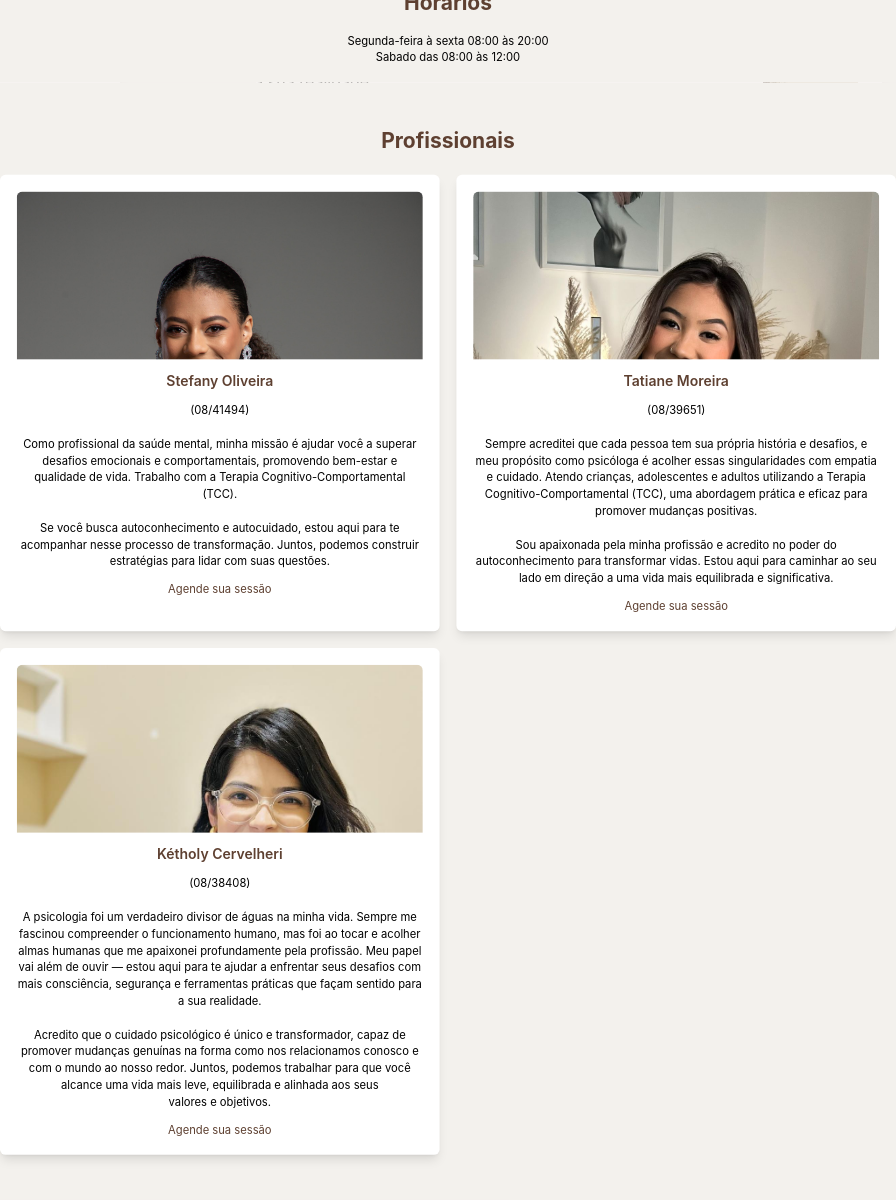
Repository: Mcervelheri/Nous
Page: /
These files come from the project's save history. The page is drawn as it stood at one moment and after the next save; the edit follows.
The browser window is 1280 px wide. The pictures show the part of the page from y = 1374 to 3294 px (the page is 3088 px tall before and 4752 px after), at 70% of full size.
The project was rebuilt for these pictures with package versions that can differ from the ones it lists, and the page was loaded fresh each time. Also part of the build but not shown: vite.config.js.

Above is the page before, as saved 2025-02-19 22:48:05.

### index.html
<!DOCTYPE html>
<html lang="en">
  <head>
    <meta charset="UTF-8" />
    <link rel="icon" type="image/svg+xml" href="/src/assets/logos/NOUS.png" />
    <meta name="viewport" content="width=device-width, initial-scale=1.0" />
    <title>Clínica NOUS</title>
  </head>
  <body>
    <div id="root"></div>
    <script type="module" src="/src/main.jsx"></script>
  </body>
</html>

### src/index.css
* {
  margin: 0;
  padding: 0;
  box-sizing: border-box;
}

@media (min-width: 768px) {
  .menu {
    display: flex !important;
  }

  .img_meninas {
    height: 500px;
  }
}

@media (max-width: 768px) {
  .img_meninas {
    height: 500px;
  }

  .inicio {
    flex-direction: column;
  }
}

@media (max-width: 570px) {
  .inicio p {
    text-align: center;
    font-size: 14px;
  }
}

html,
body {
  height: 100%;
  margin: 0;
  padding: 0;
}

#root {
  min-height: 100%;
  display: flex;
  flex-direction: column;
}

main {
  flex: 1;
  padding-bottom: 100px;
  /* Espaço suficiente para o footer */
}

footer {
  flex-shrink: 0;
  /* Isso impede que o footer encolha */
}

body {
  margin: 0;
  font-family: -apple-system, BlinkMacSystemFont, "Segoe UI", "Roboto", "Oxygen",
    "Ubuntu", "Cantarell", "Fira Sans", "Droid Sans", "Helvetica Neue",
    sans-serif;
  -webkit-font-smoothing: antialiased;
  -moz-osx-font-smoothing: grayscale;
}

code {
  font-family: source-code-pro, Menlo, Monaco, Consolas, "Courier New",
    monospace;
}

.map-container {
  height: 100%;
  width: 100%;
}

@tailwind base;
@tailwind components;
@tailwind utilities;

### src/components/Header.jsx
import "react";
import { useState } from "react";
import NavLogo from "./NavLogo";
import HamburgerButton from "./HamburgerButton.jsx";
import NavLinks from "./NavLinks";
import logoNous from "/src/assets/logos/logo-nous.png";

const Header = () => {
  const [isOpen, setIsOpen] = useState(false);

  return (
    <nav className="bg-white w-full">
      <div className="max-w-7xl mx-auto px-4 sm:px-6 lg:px-8">
        <div className="flex justify-between items-center h-16">
          <NavLogo logoSrc={logoNous} alt="Logo NOUS" />
          <HamburgerButton isOpen={isOpen} onClick={() => setIsOpen(!isOpen)} />
          <NavLinks isOpen={isOpen} />
        </div>
      </div>
    </nav>
  );
};

export default Header;

### src/components/Main.jsx
import "react";
import Home from "./Home";
import About from "./About";
import Informations from "./Informations";
import Professionals from "./Professionals";

const Main = () => {
  return (
    <>
      <Home />
      <About />
      <Informations />
      <Professionals />
    </>
  );
};

export default Main;

### src/components/NavLogo.jsx
import React from "react";

const NavLogo = ({ logoSrc, alt }) => (
  <div>
    <a href="#inicio">
      <img src={logoSrc} alt={alt} className="h-16" />
    </a>
  </div>
);

export default NavLogo;

### src/components/HamburgerButton.jsx
import React from "react";

const HamburgerButton = ({ isOpen, onClick }) => (
  <button
    className="md:hidden text-[#5e4031] focus:outline-none shadow-md p-2"
    onClick={onClick}
  >
    <svg
      className="w-6 h-6"
      xmlns="http://www.w3.org/2000/svg"
      fill="none"
      viewBox="0 0 24 24"
      stroke="currentColor"
    >
      <path
        strokeLinecap="round"
        strokeLinejoin="round"
        strokeWidth={2}
        d={!isOpen ? "M4 6h16M4 12h16M4 18h16" : "M6 18L18 6M6 6l12 12"}
      />
    </svg>
  </button>
);

export default HamburgerButton;

### src/components/NavLinks.jsx
import React from "react";
import NavLink from "./NavLink";

const NavLinks = ({ isOpen }) => {
  const links = [
    { href: "#inicio", label: "Início" },
    { href: "#sobre", label: "Sobre" },
    { href: "#profissionais", label: "Profissionais" },
    { href: "#missao", label: "Missão" },
    { href: "#contato", label: "Agende", isButton: true },
  ];

  return (
    <div
      className={`${
        isOpen ? "absolute top-16 right-0 bg-white shadow-md z-10" : "hidden"
      } md:flex md:items-center md:space-x-6 menu`}
    >
      {links.map((link) => (
        <NavLink key={link.href} href={link.href} isButton={link.isButton}>
          {link.label}
        </NavLink>
      ))}
    </div>
  );
};

export default NavLinks;

### src/components/Home.jsx
import "react";
import logoGrande from "/src/assets/logos/logo-nous-grande.png";

const Home = () => {
  return (
    <div id="inicio" className="relative h-screen">
      <div className="inicio fixed inset-0 flex items-center bg-[#bb947e] justify-center z-10 pointer-events-none">
        <div className="max-w-xl">
          <img src={logoGrande} alt="NOUS " className="img_inicio object-fit" />
        </div>
        <p className="text-xl max-w-2xl text-black mx-auto">
          Reconheça, compreenda, transforme-se.
        </p>
      </div>
    </div>
  );
};

export default Home;

### src/components/About.jsx
import React from "react";

const Sobre = () => {
  return (
    <div id="sobre" className="relative bg-[#f3f1ed] py-16 z-20">
      <div className="container mx-auto text-center">
        <h2 className="text-3xl font-bold mb-6 text-[#5e4031]">
          NOUS: Significado
        </h2>
        <p className="max-w-2xl mx-auto text-lg">
          O nome Nous vem do grego antigo e significa “mente”, “inteligência” ou
          “razão”. Na filosofia grega, Nous é a razão divina que governa o
          universo, trazendo ordem e harmonia ao cosmos. Para nós, esse conceito
          simboliza a importância do autoconhecimento e da inteligência
          emocional no cuidado com a saúde mental.
          <br></br>
          <br></br>
          Em nossa clínica, Nous representa nossa missão de cuidar da mente e
          promover o equilíbrio através da razão e do entendimento profundo dos
          sentimentos e pensamentos.
        </p>
      </div>
    </div>
  );
};

export default Sobre;

### src/components/Informations.jsx
import React from "react";

const Information = () => {
  return (
    <div id="Informacoes" className="relative bg-[#f3f1ed] py-6 z-20">
      <div className="container mx-auto text-center">
        <h2 className="text-3xl font-bold mb-6 text-[#5e4031]">
          Publico atendido
        </h2>
        <p className="max-w-2xl mx-auto text-lg">
          Crianças, adolescentes e adultos.
        </p>
        <br></br>
        <h2 className="text-3xl font-bold mb-6 text-[#5e4031]">Horários</h2>
        <p>Segunda-feira à sexta 08:00 às 20:00</p>
        <p>Sabado das 08:00 às 12:00</p>
      </div>
    </div>
  );
};

export default Information;

### src/components/Professionals.jsx
import React from "react";
import { ProfessionalsList } from "./ProfessionalsList";

const Professionals = () => {
  return (
    <>
      <div id="profissionais" className="relative bg-[#f3f1ed] py-16 z-20">
        <div className="container mx-auto text-center">
          <h2 className="text-3xl font-bold mb-8 text-[#5e4031]">
            Profissionais
          </h2>
          <div className="sm:grid-cols-1 md:grid-cols-3 gap-8">
            <ProfessionalsList />
          </div>
        </div>
      </div>
    </>
  );
};

export default Professionals;

### src/components/NavLink.jsx
import React from "react";

const NavLink = ({ href, children, isButton }) => {
  const baseClasses = "block px-4 py-2";
  const regularClasses = `${baseClasses} md:px-0 hover:text-[#bb947e]`;
  const buttonClasses = `${baseClasses} bg-[#bb947e] text-white px-4 py-2 rounded hover:bg-[#c79165]`;

  return (
    <a href={href} className={isButton ? buttonClasses : regularClasses}>
      {children}
    </a>
  );
};
export default NavLink;

### src/components/ProfessionalsList.jsx
import React from "react";
import Professional from "./Professional";
import professionalsData from "./ProfessionalsData";

export const ProfessionalsList = () => {
  return (
    <div className="grid grid-cols-1 md:grid-cols-2 gap-6">
      {professionalsData.map((professional, index) => (
        <Professional
          key={index}
          img={professional.img}
          name={professional.name}
          crp={professional.crp}
          text1={professional.text1}
          text2={professional.text2}
        />
      ))}
    </div>
  );
};

### src/components/Professional.jsx
import React from "react";

const Professional = ({ img, name, crp, text1, text2 }) => {
  return (
    <div className="bg-white shadow-lg rounded-lg p-6">
      <div>
        <img
          src={img}
          alt={name}
          className="w-full h-60 object-cover object-top rounded-t-lg"
        />
      </div>
      <h3 className="text-xl font-semibold my-4 text-[#5e4031]">{name}</h3>
      <p className="mb-4">
        ({crp})
        <br />
        <br />
        {text1}
        <br />
        <br />
        {text2}
      </p>
      <a href="#contato" className="text-[#5e4031] hover:underline">
        Agende sua sessão
      </a>
    </div>
  );
};

export default Professional;

### src/components/ProfessionalsData.jsx
import stefanyImg from "/src/assets/Professionals/Stefany.jpg";
import tatianeImg from "/src/assets/Professionals/Tatiane.jpg";
import ketholyImg from "/src/assets/Professionals/Ketholy.jpg";

const professionalsData = [
  {
    img: stefanyImg,
    name: "Stefany Oliveira",
    crp: "08/41494",
    text1:
      "Como profissional da saúde mental, minha missão é ajudar você a superar desafios emocionais e comportamentais, promovendo bem-estar e qualidade de vida. Trabalho com a Terapia Cognitivo-Comportamental (TCC).",
    text2:
      "Se você busca autoconhecimento e autocuidado, estou aqui para te acompanhar nesse processo de transformação. Juntos, podemos construir estratégias para lidar com suas questões.",
  },
  {
    img: tatianeImg,
    name: "Tatiane Moreira",
    crp: "08/39651",
    text1:
      "Sempre acreditei que cada pessoa tem sua própria história e desafios, e meu propósito como psicóloga é acolher essas singularidades com empatia e cuidado. Atendo crianças, adolescentes e adultos utilizando a Terapia Cognitivo-Comportamental (TCC), uma abordagem prática e eficaz para promover mudanças positivas.",
    text2:
      "Sou apaixonada pela minha profissão e acredito no poder do autoconhecimento para transformar vidas. Estou aqui para caminhar ao seu lado em direção a uma vida mais equilibrada e significativa.",
  },
  {
    img: ketholyImg,
    name: "Kétholy Cervelheri",
    crp: "08/38408",
    text1:
      "A psicologia foi um verdadeiro divisor de águas na minha vida. Sempre me fascinou compreender o funcionamento humano, mas foi ao tocar e acolher almas humanas que me apaixonei profundamente pela profissão. Meu papel vai além de ouvir — estou aqui para te ajudar a enfrentar seus desafios com mais consciência, segurança e ferramentas práticas que façam sentido para a sua realidade.",
    text2:
      "Acredito que o cuidado psicológico é único e transformador, capaz de promover mudanças genuínas na forma como nos relacionamos conosco e com o mundo ao nosso redor. Juntos, podemos trabalhar para que você alcance uma vida mais leve, equilibrada e alinhada aos seus valores e objetivos.",
  },
];

export default professionalsData;

Loaded but not shown: src/main.jsx (common file); src/App.jsx (common file); tailwind.config.js (common file)

After the next save:
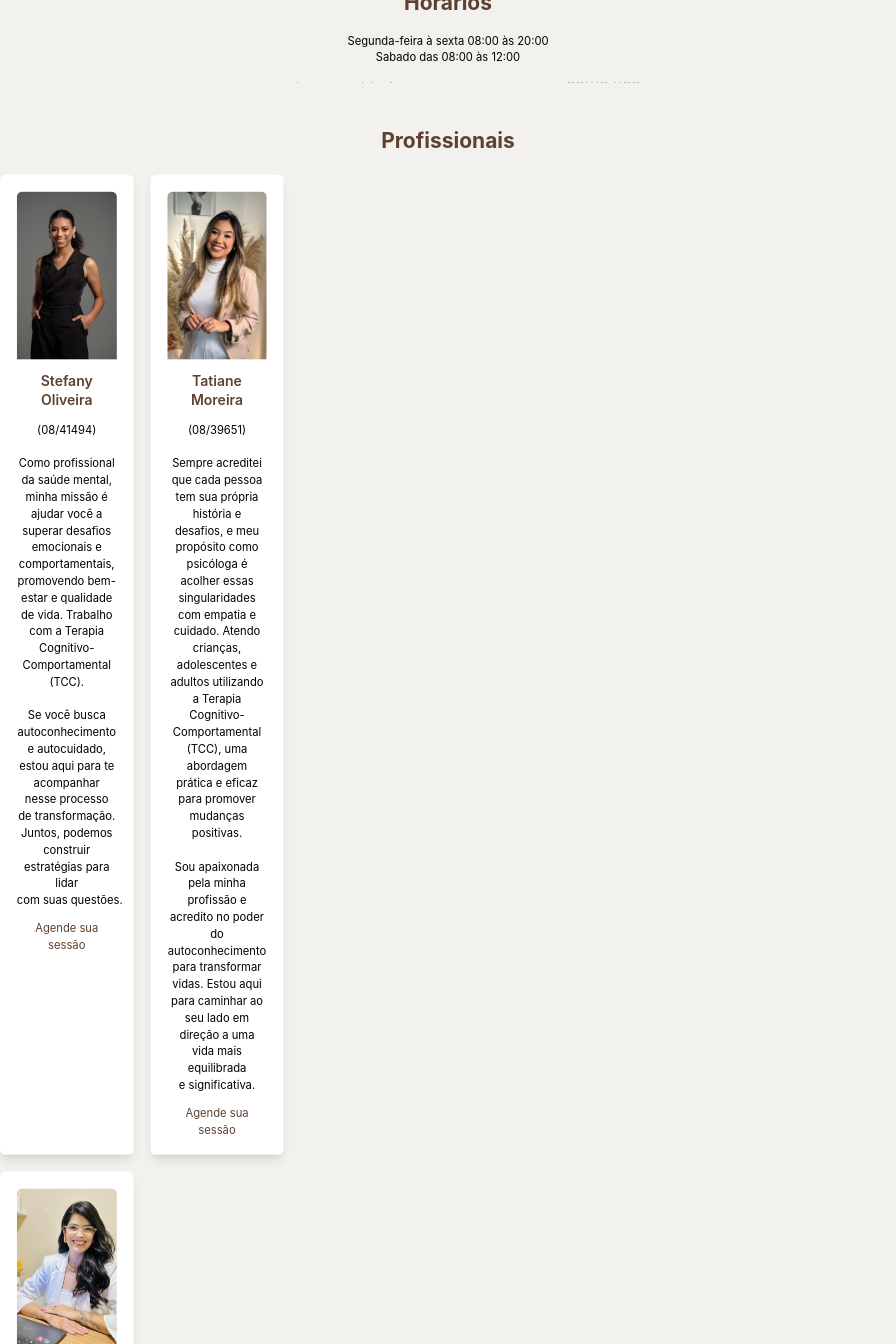
Saved 37 s later.
--- a/src/components/Professionals.jsx
+++ b/src/components/Professionals.jsx
@@ -9,7 +9,7 @@ const Professionals = () => {
           <h2 className="text-3xl font-bold mb-8 text-[#5e4031]">
             Profissionais
           </h2>
-          <div className="sm:grid-cols-1 md:grid-cols-3 gap-8">
+          <div className="grid sm:grid-cols-1 md:grid-cols-3 gap-8">
             <ProfessionalsList />
           </div>
         </div>
